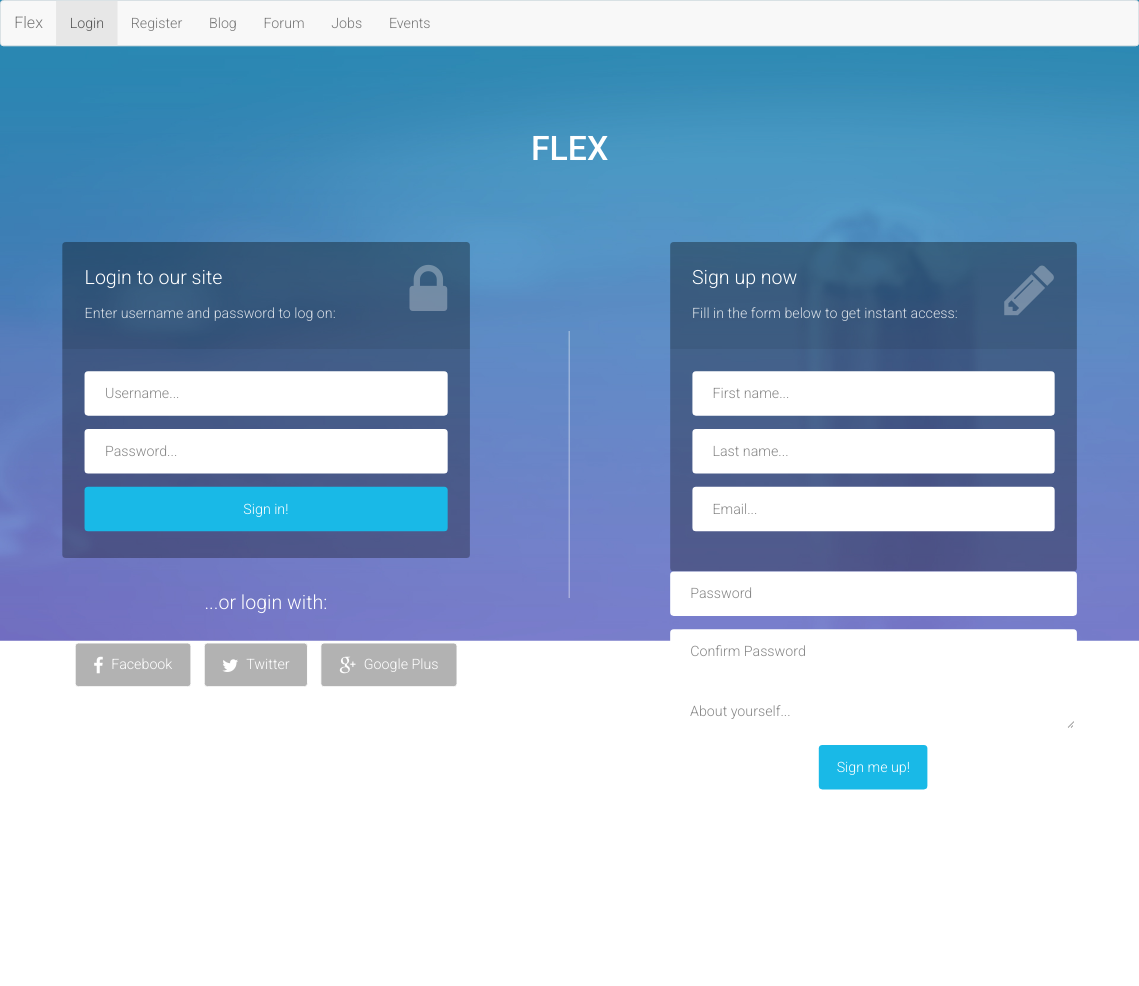
Repository: Angelamritha2012/Flex
Page: Collaboration/WebContent/index.html
The author's editor kept a copy of each file at every save. The page is drawn from the files as they stood at one save, then again after the next save.
The browser window is 1280 px wide. The pictures show the whole page, at 89% of full size.
Some web libraries are served in a nearby version.

Above is the page before, as saved 2017-11-29 13:45:30.

### Collaboration/WebContent/index.html
<!DOCTYPE html>
<html ng-app=""">

    <head>

        <meta charset="utf-8">
        <meta http-equiv="X-UA-Compatible" content="IE=edge">
        <meta name="viewport" content="width=device-width, initial-scale=1">
        <title>FLEX</title>

        <!-- CSS -->
        <link rel="stylesheet" href="http://fonts.googleapis.com/css?family=Roboto:400,100,300,500">
        <link rel="stylesheet" href="assets/bootstrap/css/bootstrap.min.css">
        <link rel="stylesheet" href="assets/font-awesome/css/font-awesome.min.css">
		<link rel="stylesheet" href="assets/css/form-elements.css">
        <link rel="stylesheet" href="assets/css/style.css">

        <!-- HTML5 Shim and Respond.js IE8 support of HTML5 elements and media queries -->
        <!-- WARNING: Respond.js doesn't work if you view the page via file:// -->
        <!--[if lt IE 9]>
            <script src="https://oss.maxcdn.com/libs/html5shiv/3.7.0/html5shiv.js"></script>
            <script src="https://oss.maxcdn.com/libs/respond.js/1.4.2/respond.min.js"></script>
        <![endif]-->

        <!-- Favicon and touch icons -->
        <link rel="shortcut icon" href="assets/ico/favicon.png">
        <link rel="apple-touch-icon-precomposed" sizes="144x144" href="assets/ico/apple-touch-icon-144-precomposed.png">
        <link rel="apple-touch-icon-precomposed" sizes="114x114" href="assets/ico/apple-touch-icon-114-precomposed.png">
        <link rel="apple-touch-icon-precomposed" sizes="72x72" href="assets/ico/apple-touch-icon-72-precomposed.png">
        <link rel="apple-touch-icon-precomposed" href="assets/ico/apple-touch-icon-57-precomposed.png">

    </head>
<script src="https://ajax.googleapis.com/ajax/libs/angularjs/1.6.4/angular.min.js"></script>

    <body>

<nav class="navbar navbar-default">
  <div class="container-fluid">
    <div class="navbar-header">
      <a class="navbar-brand" href="#">Flex</a>
    </div>
    <ul class="nav navbar-nav">
      <li class="active"><a href="#">Login</a></li>
      <li><a href="#">Register</a></li>
      <li><a href="blog.html">Blog</a></li>
      <li><a href="forum.html">Forum</a></li>
	        <li><a href="job.html">Jobs</a></li>
	        <li><a href="event.html">Events</a></li>

    </ul>
  </div>
</nav>

        <!-- Top content -->
        <div class="top-content">

            <div class="inner-bg">
                <div class="container">

                    <div class="row">
                        <div class="col-sm-8 col-sm-offset-2 text">
                            <h1><strong>FLEX</strong></h1>

                        </div>
                    </div>

                    <div class="row">
                        <div class="col-sm-5">

                        	<div class="form-box">
	                        	<div class="form-top">
	                        		<div class="form-top-left">
	                        			<h3>Login to our site</h3>
	                            		<p>Enter username and password to log on:</p>
	                        		</div>
	                        		<div class="form-top-right">
	                        			<i class="fa fa-lock"></i>
	                        		</div>
	                            </div>
	                            <div class="form-bottom">
				                    <form role="form" action="" method="post" class="login-form">
				                    	<div class="form-group">
				                    		<label class="sr-only" for="form-username">Username</label>
				                        	<input type="text" name="form-username" placeholder="Username..." class="form-username form-control" id="form-username">

				                        </div>

				                        <div class="form-group">
				                        	<label class="sr-only" for="form-password">Password</label>
				                        	<input type="password" name="form-password" placeholder="Password..." class="form-password form-control" id="form-password">
				                        </div>
				                        <button type="submit" class="btn">Sign in!</button>
				                    </form>
			                    </div>
		                    </div>

		                	<div class="social-login">
	                        	<h3>...or login with:</h3>
	                        	<div class="social-login-buttons">
		                        	<a class="btn btn-link-2" href="#">
		                        		<i class="fa fa-facebook"></i> Facebook
		                        	</a>
		                        	<a class="btn btn-link-2" href="#">
		                        		<i class="fa fa-twitter"></i> Twitter
		                        	</a>
		                        	<a class="btn btn-link-2" href="#">
		                        		<i class="fa fa-google-plus"></i> Google Plus
		                        	</a>
	                        	</div>
	                        </div>

                        </div>

                        <div class="col-sm-1 middle-border"></div>
                        <div class="col-sm-1"></div>

                        <div class="col-sm-5">

                        	<div class="form-box">
                        		<div class="form-top">
	                        		<div class="form-top-left">
	                        			<h3>Sign up now</h3>
	                            		<p>Fill in the form below to get instant access:</p>
	                        		</div>
	                        		<div class="form-top-right">
	                        			<i class="fa fa-pencil"></i>
	                        		</div>
	                            </div>
	                            <div class="form-bottom">
				                    <form role="form" action="" method="post" class="registration-form">
				                    	<div class="form-group">
				                    		<label class="sr-only" ng-model="form-first-name" required>First name</label>
				                        	<input type="text" name="form-first-name" placeholder="First name..." class="form-first-name form-control" id="form-first-name">
<!-- <input name="myName" ng-model="myName" required>
 --> <span ng-show="myForm.myName.$touched && myForm.myName.$invalid">The name is required.</span>
				                        </div>

				                        <div class="form-group">
				                        	<label class="sr-only" for="form-last-name">Last name</label>
				                        	<input type="text" name="form-last-name" placeholder="Last name..." class="form-last-name form-control" id="form-last-name">
				                        </div>
				                        <div class="form-group">
				                        	<label class="sr-only" for="form-email">Email</label>
				                        	<input type="text" name="form-email" placeholder="Email..." class="form-email form-control" id="form-email">

				                        </div>
				                        <!-- <input type="email" name="email" ng-model="email" required>
<span style="color:white" ng-show="myForm.email.$dirty && myForm.email.$invalid">
<span ng-show="myForm.email.$error.required">Email is required.</span>
<span ng-show="myForm.email.$error.email">Invalid email address.</span>
</span> -->
</div>

										<div class="form-group">
				                        	<label class="sr-only" for="password">PassWord</label>
				                        	<input type="text" name="form-password" placeholder="Password" class="form-password form-control" id="form-password">
				                        </div>
										<div class="form-group">
				                        	<label class="sr-only" for="confirm password">Confirm PassWord</label>
				                        	<input type="text" name="form-confirm-password" placeholder="Confirm Password" class="form-confirm-password form-control" id="form-confirm-password">
				                        </div>
				                        <div class="form-group">
				                        	<label class="sr-only" for="form-about-yourself">About yourself</label>
				                        	<textarea name="form-about-yourself" placeholder="About yourself..."
				                        				class="form-about-yourself form-control" id="form-about-yourself"></textarea>
				                        </div>
				                        <button type="submit" class="btn">Sign me up!</button>
				                    </form>
			                    </div>
                        	</div>

                        </div>
                    </div>

                </div>
            </div>

        </div>

        <!-- Footer -->
        <footer>
        	<div class="container">
        		<div class="row">

        			<div class="col-sm-8 col-sm-offset-2">
        				<div class="footer-border"></div>
        				<p>Made by Flex at <a href="http://azmind.com" target="_blank"><strong>FLEX</strong></a>
        					having a lot of fun. <i class="fa fa-smile-o"></i></p>
        			</div>

        		</div>
        	</div>
        </footer>

        <!-- Javascript -->
        <script src="assets/js/jquery-1.11.1.min.js"></script>
        <script src="assets/bootstrap/js/bootstrap.min.js"></script>
        <script src="assets/js/jquery.backstretch.min.js"></script>
        <script src="assets/js/scripts.js"></script>

        <!--[if lt IE 10]>
            <script src="assets/js/placeholder.js"></script>
        <![endif]-->

    </body>

</html>

### Collaboration/WebContent/assets/css/form-elements.css

input[type="text"],
input[type="password"],
textarea,
textarea.form-control {
	height: 50px;
    margin: 0;
    padding: 0 20px;
    vertical-align: middle;
    background: #fff;
    border: 3px solid #fff;
    font-family: 'Roboto', sans-serif;
    font-size: 16px;
    font-weight: 300;
    line-height: 50px;
    color: #888;
    -moz-border-radius: 4px; -webkit-border-radius: 4px; border-radius: 4px;
    -moz-box-shadow: none; -webkit-box-shadow: none; box-shadow: none;
    -o-transition: all .3s; -moz-transition: all .3s; -webkit-transition: all .3s; -ms-transition: all .3s; transition: all .3s;
}

textarea,
textarea.form-control {
	padding-top: 10px;
	padding-bottom: 10px;
	line-height: 30px;
}

input[type="text"]:focus,
input[type="password"]:focus,
textarea:focus,
textarea.form-control:focus {
	outline: 0;
	background: #fff;
    border: 3px solid #fff;
    -moz-box-shadow: none; -webkit-box-shadow: none; box-shadow: none;
}

input[type="text"]:-moz-placeholder, input[type="password"]:-moz-placeholder,
textarea:-moz-placeholder, textarea.form-control:-moz-placeholder { color: #888; }

input[type="text"]:-ms-input-placeholder, input[type="password"]:-ms-input-placeholder,
textarea:-ms-input-placeholder, textarea.form-control:-ms-input-placeholder { color: #888; }

input[type="text"]::-webkit-input-placeholder, input[type="password"]::-webkit-input-placeholder,
textarea::-webkit-input-placeholder, textarea.form-control::-webkit-input-placeholder { color: #888; }



button.btn {
	height: 50px;
    margin: 0;
    padding: 0 20px;
    vertical-align: middle;
    background: #19b9e7;
    border: 0;
    font-family: 'Roboto', sans-serif;
    font-size: 16px;
    font-weight: 300;
    line-height: 50px;
    color: #fff;
    -moz-border-radius: 4px; -webkit-border-radius: 4px; border-radius: 4px;
    text-shadow: none;
    -moz-box-shadow: none; -webkit-box-shadow: none; box-shadow: none;
    -o-transition: all .3s; -moz-transition: all .3s; -webkit-transition: all .3s; -ms-transition: all .3s; transition: all .3s;
}

button.btn:hover { opacity: 0.6; color: #fff; }

button.btn:active { outline: 0; opacity: 0.6; color: #fff; -moz-box-shadow: none; -webkit-box-shadow: none; box-shadow: none; }

button.btn:focus { outline: 0; opacity: 0.6; background: #19b9e7; color: #fff; }

button.btn:active:focus, button.btn.active:focus { outline: 0; opacity: 0.6; background: #19b9e7; color: #fff; }

### Collaboration/WebContent/assets/css/style.css

body {
    font-family: 'Roboto', sans-serif;
    font-size: 16px;
    font-weight: 300;
    color: #888;
    line-height: 30px;
    text-align: center;
}

strong { font-weight: 500; }

a, a:hover, a:focus {
	color: #19b9e7;
	text-decoration: none;
    -o-transition: all .3s; -moz-transition: all .3s; -webkit-transition: all .3s; -ms-transition: all .3s; transition: all .3s;
}

h1, h2 {
	margin-top: 10px;
	font-size: 38px;
    font-weight: 100;
    color: #555;
    line-height: 50px;
}

h3 {
	font-size: 22px;
    font-weight: 300;
    color: #555;
    line-height: 30px;
}

img { max-width: 100%; }

::-moz-selection { background: #19b9e7; color: #fff; text-shadow: none; }
::selection { background: #19b9e7; color: #fff; text-shadow: none; }


.btn-link-1 {
	display: inline-block;
	height: 50px;
	margin: 5px;
	padding: 16px 20px 0 20px;
	background: #19b9e7;
	font-size: 16px;
    font-weight: 300;
    line-height: 16px;
    color: #fff;
    -moz-border-radius: 4px; -webkit-border-radius: 4px; border-radius: 4px;
}
.btn-link-1:hover, .btn-link-1:focus, .btn-link-1:active { outline: 0; opacity: 0.6; color: #fff; }

.btn-link-1.btn-link-1-facebook { background: #4862a3; }
.btn-link-1.btn-link-1-twitter { background: #55acee; }
.btn-link-1.btn-link-1-google-plus { background: #dd4b39; }

.btn-link-1 i {
	padding-right: 5px;
	vertical-align: middle;
	font-size: 20px;
	line-height: 20px;
}

.btn-link-2 {
	display: inline-block;
	height: 50px;
	margin: 5px;
	padding: 15px 20px 0 20px;
	background: rgba(0, 0, 0, 0.3);
	border: 1px solid #fff;
	font-size: 16px;
    font-weight: 300;
    line-height: 16px;
    color: #fff;
    -moz-border-radius: 4px; -webkit-border-radius: 4px; border-radius: 4px;
}
.btn-link-2:hover, .btn-link-2:focus,
.btn-link-2:active, .btn-link-2:active:focus { outline: 0; opacity: 0.6; background: rgba(0, 0, 0, 0.3); color: #fff; }

.btn-link-2 i {
	padding-right: 5px;
	vertical-align: middle;
	font-size: 20px;
	line-height: 20px;
}


/***** Top content *****/

.inner-bg {
    padding: 60px 0 80px 0;
}

.top-content .text {
	color: #fff;
}

.top-content .text h1 { color: #fff; }

.top-content .description {
	margin: 20px 0 10px 0;
}

.top-content .description p { opacity: 0.8; }

.top-content .description a {
	color: #fff;
}
.top-content .description a:hover,
.top-content .description a:focus { border-bottom: 1px dotted #fff; }

.form-box {
	margin-top: 70px;
}

.form-top {
	overflow: hidden;
	padding: 0 25px 15px 25px;
	background: #444;
	background: rgba(0, 0, 0, 0.35);
	-moz-border-radius: 4px 4px 0 0; -webkit-border-radius: 4px 4px 0 0; border-radius: 4px 4px 0 0;
	text-align: left;
}

.form-top-left {
	float: left;
	width: 75%;
	padding-top: 25px;
}

.form-top-left h3 { margin-top: 0; color: #fff; }
.form-top-left p { opacity: 0.8; color: #fff; }

.form-top-right {
	float: left;
	width: 25%;
	padding-top: 5px;
	font-size: 66px;
	color: #fff;
	line-height: 100px;
	text-align: right;
	opacity: 0.3;
}

.form-bottom {
	padding: 25px 25px 30px 25px;
	background: #444;
	background: rgba(0, 0, 0, 0.3);
	-moz-border-radius: 0 0 4px 4px; -webkit-border-radius: 0 0 4px 4px; border-radius: 0 0 4px 4px;
	text-align: left;
}

.form-bottom form textarea {
	height: 100px;
}

.form-bottom form button.btn {
	width: 100%;
}

.form-bottom form .input-error {
	border-color: #19b9e7;
}

.social-login {
	margin-top: 35px;
}

.social-login h3 {
	color: #fff;
}

.social-login-buttons {
	margin-top: 25px;
}

.middle-border {
	min-height: 300px;
	margin-top: 170px;
	border-right: 1px solid #fff;
	border-right: 1px solid rgba(255, 255, 255, 0.6);
}


/***** Footer *****/

footer {
	padding-bottom: 70px;
	color: #fff;
}

footer .footer-border {
	width: 200px;
	margin: 0 auto;
	padding-bottom: 30px;
	border-top: 1px solid #fff;
	border-top: 1px solid rgba(255, 255, 255, 0.6);
}

footer p { opacity: 0.8; }

footer a {
	color: #fff;
}
footer a:hover, footer a:focus { color: #fff; border-bottom: 1px dotted #fff; }


/***** Media queries *****/

@media (min-width: 992px) and (max-width: 1199px) {}

@media (min-width: 768px) and (max-width: 991px) {}

@media (max-width: 767px) {

	.middle-border { min-height: auto; margin: 65px 30px 0 30px; border-right: 0;
						border-top: 1px solid #fff; border-top: 1px solid rgba(255, 255, 255, 0.6); }

}

@media (max-width: 415px) {

	h1, h2 { font-size: 32px; }

}

/***pagination***/

.center {
    text-align: center;
}

.pagination {
    display: inline-block;
}

.pagination a {
    color: black;
    float: left;
    padding: 8px 16px;
    text-decoration: none;
    transition: background-color .3s;
    border: 1px solid #ddd;
    margin: 0 4px;
}

.pagination a.active {
    background-color: #4CAF50;
    color: white;
    border: 1px solid #4CAF50;
}

.pagination a:hover:not(.active) {background-color: #ddd;}
/* The Modal (background) */
.modal {
    display: none; /* Hidden by default */
    position: fixed; /* Stay in place */
    z-index: 1; /* Sit on top */
    left: 0;
    top: 0;
    width: 100%; /* Full width */
    height: 100%; /* Full height */
    overflow: auto; /* Enable scroll if needed */
    background-color: rgb(0,0,0); /* Fallback color */
    background-color: rgba(0,0,0,0.4); /* Black w/ opacity */
    padding-top: 60px;
}

/* Modal Content/Box */
.modal-content {
    background-color: #fefefe;
    margin: 5px auto; /* 15% from the top and centered */
    border: 1px solid #888;
    width: 80%; /* Could be more or less, depending on screen size */
}

/* The Close Button */
.close {
    /* Position it in the top right corner outside of the modal */
    position: absolute;
    right: 25px;
    top: 0;
    color: #000;
    font-size: 35px;
    font-weight: bold;
}

/* Close button on hover */
.close:hover,
.close:focus {
    color: red;
    cursor: pointer;
}

/* Add Zoom Animation */
.animate {
    -webkit-animation: animatezoom 0.6s;
    animation: animatezoom 0.6s
}

@-webkit-keyframes animatezoom {
    from {-webkit-transform: scale(0)}
    to {-webkit-transform: scale(1)}
}

@keyframes animatezoom {
    from {transform: scale(0)}
    to {transform: scale(1)}
}

/*
    Image credits:
    uifaces.com (http://uifaces.com/authorized)
*/

#login { display: none; }
.login,
.logout {
    position: absolute;
    top: -3px;
    right: 0;
}
.page-header { position: relative; }
.reviews {
    color: #555;
    font-weight: bold;
    margin: 10px auto 20px;
}
.notes {
    color: #999;
    font-size: 12px;
}
.media .media-object { max-width: 120px; }
.media-body { position: relative; }
.media-date {
    position: absolute;
    right: 25px;
    top: 25px;
}
.media-date li { padding: 0; }
.media-date li:first-child:before { content: ''; }
.media-date li:before {
    content: '.';
    margin-left: -2px;
    margin-right: 2px;
}
.media-comment { margin-bottom: 20px; }
.media-replied { margin: 0 0 20px 50px; }
.media-replied .media-heading { padding-left: 6px; }

.btn-circle {
    font-weight: bold;
    font-size: 12px;
    padding: 6px 15px;
    border-radius: 20px;
}
.btn-circle span { padding-right: 6px; }
.embed-responsive { margin-bottom: 20px; }
.tab-content {
    padding: 50px 15px;
    border: 1px solid #ddd;
    border-top: 0;
    border-bottom-right-radius: 4px;
    border-bottom-left-radius: 4px;
}
.custom-input-file {
    overflow: hidden;
    position: relative;
    width: 120px;
    height: 120px;
    background: #eee url('https://s3.amazonaws.com/uifaces/faces/twitter/walterstephanie/128.jpg');
    background-size: 120px;
    border-radius: 120px;
}
input[type="file"]{
    z-index: 999;
    line-height: 0;
    font-size: 0;
    position: absolute;
    opacity: 0;
    filter: alpha(opacity = 0);-ms-filter: "alpha(opacity=0)";
    margin: 0;
    padding:0;
    left:0;
}
.uploadPhoto {
    position: absolute;
    top: 25%;
    left: 25%;
    display: none;
    width: 50%;
    height: 50%;
    color: #fff;
    text-align: center;
    line-height: 60px;
    text-transform: uppercase;
    background-color: rgba(0,0,0,.3);
    border-radius: 50px;
    cursor: pointer;
}
.custom-input-file:hover .uploadPhoto { display: block; }

Loaded but not shown: Collaboration/WebContent/assets/bootstrap/css/bootstrap.min.css (library); Collaboration/WebContent/assets/font-awesome/css/font-awesome.min.css (library); Collaboration/WebContent/assets/js/jquery-1.11.1.min.js (library); Collaboration/WebContent/assets/bootstrap/js/bootstrap.min.js (library); Collaboration/WebContent/assets/js/jquery.backstretch.min.js (library); Collaboration/WebContent/assets/js/scripts.js (52 lines, source omitted)

After the next save:
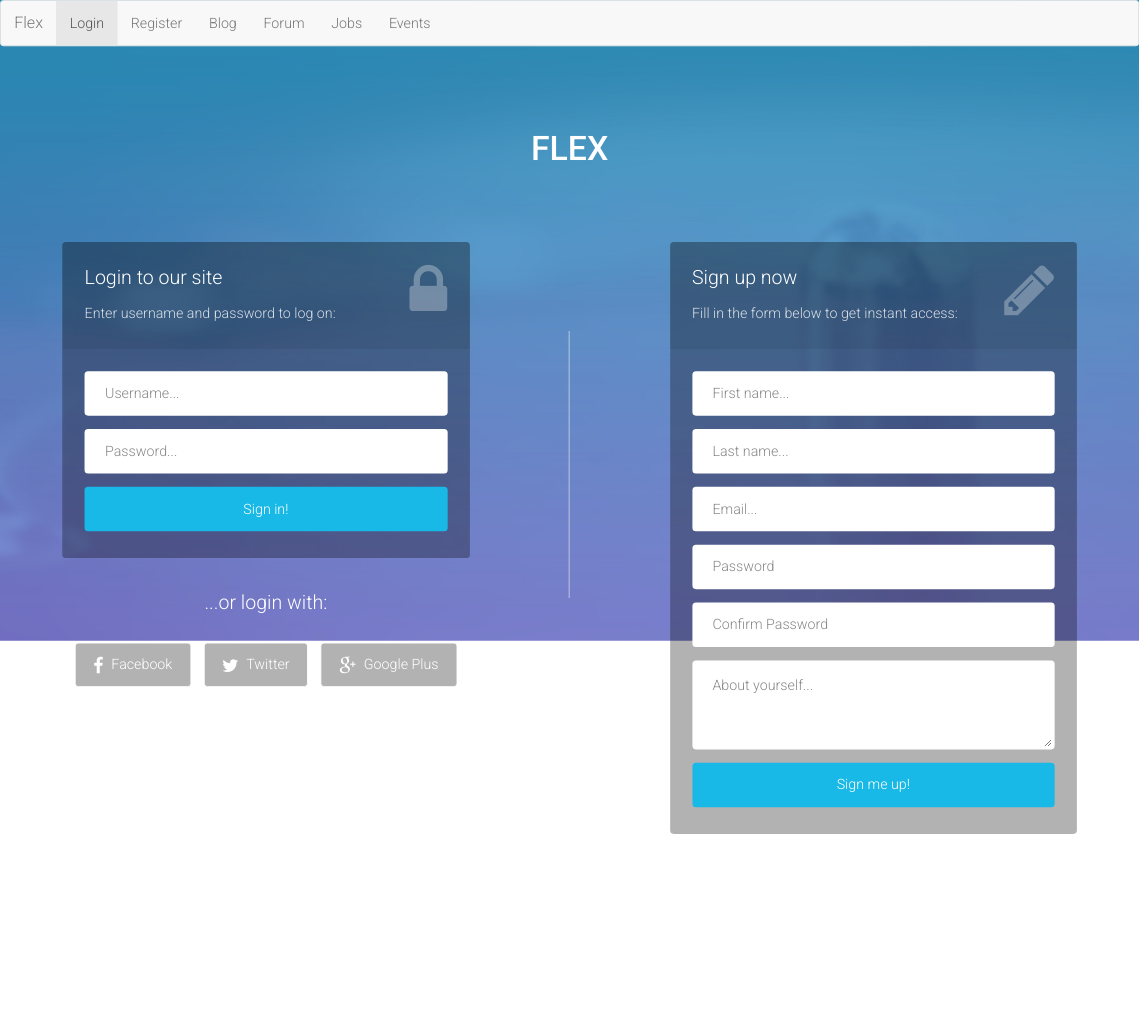
Saved 97 s later.
--- a/Collaboration/WebContent/index.html
+++ b/Collaboration/WebContent/index.html
@@ -1,5 +1,5 @@
 <!DOCTYPE html>
-<html ng-app=""">
+<html lang="en">
 
     <head>
 
@@ -30,7 +30,6 @@
         <link rel="apple-touch-icon-precomposed" href="assets/ico/apple-touch-icon-57-precomposed.png">
 
     </head>
-<script src="https://ajax.googleapis.com/ajax/libs/angularjs/1.6.4/angular.min.js"></script>
 
     <body>
 
@@ -82,9 +81,7 @@
 				                    	<div class="form-group">
 				                    		<label class="sr-only" for="form-username">Username</label>
 				                        	<input type="text" name="form-username" placeholder="Username..." class="form-username form-control" id="form-username">
-
 				                        </div>
-
 				                        <div class="form-group">
 				                        	<label class="sr-only" for="form-password">Password</label>
 				                        	<input type="password" name="form-password" placeholder="Password..." class="form-password form-control" id="form-password">
@@ -129,12 +126,9 @@
 	                            <div class="form-bottom">
 				                    <form role="form" action="" method="post" class="registration-form">
 				                    	<div class="form-group">
-				                    		<label class="sr-only" ng-model="form-first-name" required>First name</label>
+				                    		<label class="sr-only" for="form-first-name">First name</label>
 				                        	<input type="text" name="form-first-name" placeholder="First name..." class="form-first-name form-control" id="form-first-name">
-<!-- <input name="myName" ng-model="myName" required>
- --> <span ng-show="myForm.myName.$touched && myForm.myName.$invalid">The name is required.</span>
 				                        </div>
-
 				                        <div class="form-group">
 				                        	<label class="sr-only" for="form-last-name">Last name</label>
 				                        	<input type="text" name="form-last-name" placeholder="Last name..." class="form-last-name form-control" id="form-last-name">
@@ -142,15 +136,7 @@
 				                        <div class="form-group">
 				                        	<label class="sr-only" for="form-email">Email</label>
 				                        	<input type="text" name="form-email" placeholder="Email..." class="form-email form-control" id="form-email">
-
 				                        </div>
-				                        <!-- <input type="email" name="email" ng-model="email" required>
-<span style="color:white" ng-show="myForm.email.$dirty && myForm.email.$invalid">
-<span ng-show="myForm.email.$error.required">Email is required.</span>
-<span ng-show="myForm.email.$error.email">Invalid email address.</span>
-</span> -->
-</div>
-
 										<div class="form-group">
 				                        	<label class="sr-only" for="password">PassWord</label>
 				                        	<input type="text" name="form-password" placeholder="Password" class="form-password form-control" id="form-password">
